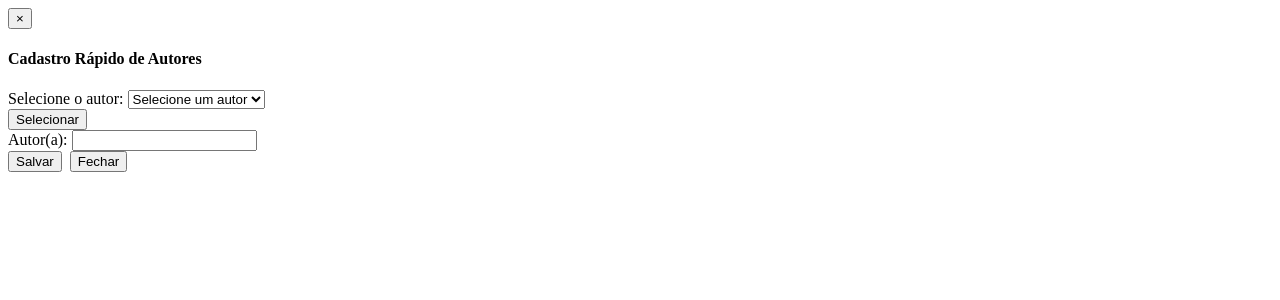
Repository: rrgonzaga/projeto-teste-biblioteca
Page: http://localhost/autor/CadastroRapidoAutor
An editor plug-in stored every save of this project. The page is shown before and after the next save, followed by the edit.
The browser window is 1280 px wide. The pictures show the whole page.
The page is this project's Thymeleaf template; nobody is signed in. The template is opened directly, without the code that normally fills it, so the values that code supplies are empty.

Above is the page before, as saved 2018-11-21 02:32:44.

### biblioteca/src/main/resources/templates/autor/CadastroRapidoAutor.html
<!DOCTYPE html>
<html lang="pt" xmlns="http://www.w3.org/1999/xhtml"
xmlns:th="http://www.thymeleaf.org">

<head></head>

<body>
	<!-- Modal -->
	<div class="modal fade" id="CadastroRapidoAutor-modal" tabindex="-1" role="dialog" th:fragment="CadastroRapidoAutor-modal">
	  <div class="modal-dialog modal-lg" >
	    <div class="modal-content">
	      <div class="modal-header">
	        <button type="button" class="close" data-dismiss="modal" ><span aria-hidden="true">&times;</span></button>
	        <h4 class="modal-title" id="myModalLabel">Cadastro Rápido de Autores</h4>
	      </div>
	      <div class="modal-body">
	      	<div id="js-mensagem-cadastro-rapido-autores" class="alert alert-danger hidden" role="alert"></div>

	      	<form class="form-horizontal" th:action="@{/autores}">

	      		<div class="">
	      			<label for="" class="control-label">Selecione o autor:</label>
      				<select id="sel-autor-modal" class="form-control">
      					<option value="">Selecione um autor</option>
      					<option th:each="autor: ${autores}" th:value="${autor.codigo}" th:text="${autor.nome}"></option>
      				</select>
	      		</div>

	      		<div class="text-right">
	      			<button id="btnSelecionar-modal" type="button" class="btn btn-primary">Selecionar</button>
	      		</div>


	      		<div id="form-group-input-nome-autor" class="">
	      			<label for="id-autor-modal" class="col-sm-1 control-label">Autor(a):</label>
	      			<input type="text" id="id-autor-modal" class="form-control">
	      		</div>

	      	</form>
	      </div>
	      <div class="modal-footer">
	        <button id="btnSalvar-modal" type="button" class="btn btn-default">Salvar</button>&nbsp;
	        <button type="button" class="btn btn-default" data-dismiss="modal">Fechar</button>
	      </div>
	    </div>
	  </div>
	</div>
	<!-- Fim Modal -->

</body>
</html>

After the next save:
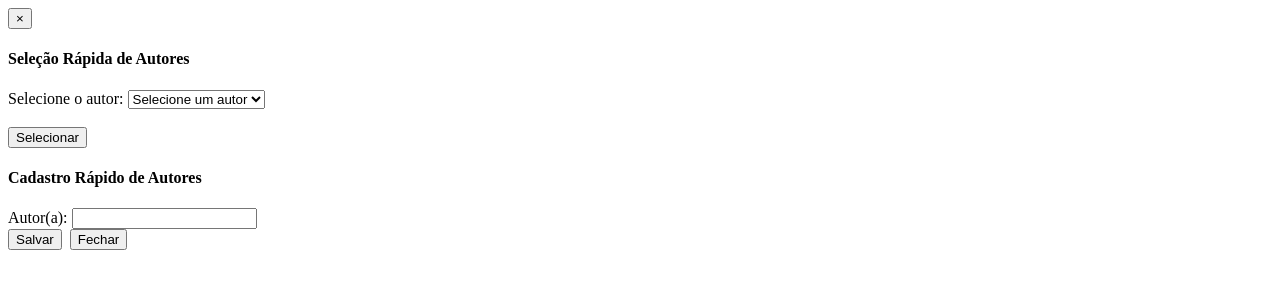
Saved 7 min 49 s later.
--- a/biblioteca/src/main/resources/templates/autor/CadastroRapidoAutor.html
+++ b/biblioteca/src/main/resources/templates/autor/CadastroRapidoAutor.html
@@ -11,7 +11,7 @@ xmlns:th="http://www.thymeleaf.org">
 	    <div class="modal-content">
 	      <div class="modal-header">
 	        <button type="button" class="close" data-dismiss="modal" ><span aria-hidden="true">&times;</span></button>
-	        <h4 class="modal-title" id="myModalLabel">Cadastro Rápido de Autores</h4>
+	        <h4 class="modal-title" id="myModalLabel">Seleção Rápida de Autores</h4>
 	      </div>
 	      <div class="modal-body">
 	      	<div id="js-mensagem-cadastro-rapido-autores" class="alert alert-danger hidden" role="alert"></div>
@@ -25,15 +25,17 @@ xmlns:th="http://www.thymeleaf.org">
       					<option th:each="autor: ${autores}" th:value="${autor.codigo}" th:text="${autor.nome}"></option>
       				</select>
 	      		</div>
-
+      		    <br>
 	      		<div class="text-right">
 	      			<button id="btnSelecionar-modal" type="button" class="btn btn-primary">Selecionar</button>
 	      		</div>
 
-
-	      		<div id="form-group-input-nome-autor" class="">
-	      			<label for="id-autor-modal" class="col-sm-1 control-label">Autor(a):</label>
-	      			<input type="text" id="id-autor-modal" class="form-control">
+		      	<div id="CadastroRapido">
+		      		<h4 class="text-center">Cadastro Rápido de Autores</h4>
+		      		<div id="form-group-input-nome-autor" class="">
+		      			<label for="id-autor-modal" class="col-sm-1 control-label">Autor(a):</label>
+		      			<input type="text" id="id-autor-modal" class="form-control">
+		      		</div>
 	      		</div>
 
 	      	</form>
